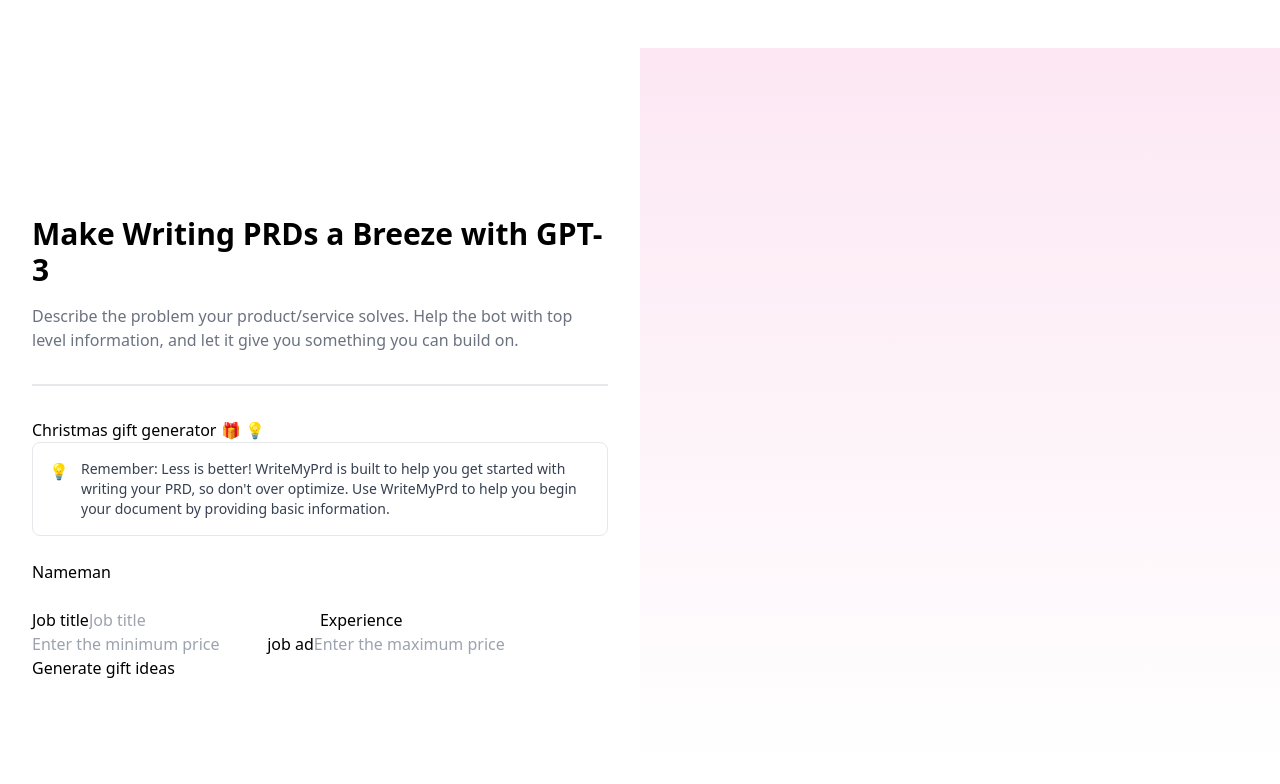
Repository: hamza-mastar/chatgpt-jpbad
Page: /
The author's editor kept a copy of each file at every save. The page is drawn from the files as they stood at one save, then again after the next save.
The browser window is 1280 px wide. The pictures show the whole page.
The project was rebuilt for these pictures with package versions that can differ from the ones it lists, and the page was loaded fresh each time. The framework's server and built-in components were replaced by stand-ins that run in the browser.

Above is the page before, as saved 2023-01-30 04:36:26.

### pages/_app.js
import 'tailwindcss/tailwind.css'

import '../styles/globals.css'

export default function MyApp({ Component, pageProps }) {
  return <Component {...pageProps} />
}

### pages/index.js
import Head from 'next/head';
import React from 'react';
import { useState } from 'react';

import styles from './index.module.css';


// import './gifts.css'




export default function Home() {
  const [name, setName] = useState('man');
  const [job_title, setJob_title] = useState("");
  const [experience, setExperience] = useState("");
  const [job_ad, setJob_ad] = useState("");

  const [loading, setLoading] = useState(false);

  const [result, setResult] = useState('');

  async function onSubmit(event) {
    event.preventDefault();
    if (loading) {
      return;
    }
    setLoading(true);
    setResult('hamza');
    const response = await fetch('/api/generate-gifts', {
      method: 'POST',
      headers: {
        'Content-Type': 'application/json',
      },
      body: JSON.stringify({ name, job_title, experience, job_ad}),
    });
    const data = await response.json();
    setResult(data.result.replaceAll('\n', '<br />'));
    setLoading(false);
  }


  return (
    <>



    <dody class="h-full px-5 sm:px-6">
      <div class="flex relative sm:flex-col md: flex-col">

      <Head>
        <title>OpenAI Quickstart</title>
        <link rel="icon" href="/dog.png" />
      </Head>

      <main className={styles.main}>
     <div class="min-h-screen w-full lg:w-1/2 relative">
    <div class="h-full px-5 sm:px-6">
      <div class="h-full w-full max-w-xl mx-auto flex flex-col after:mt-auto after:flex-1">
        <header class="sm:flex-1 flex mb-auto sm:py-10 pt-6 items-center sm:justify-between flex-col sm:flex-row" >
          <div class="flex items-center justify-between h-24 md:h-20"> </div>

            {/* logo icone login  */}
            </header>
            <div class="flex-1 py-8">
           <div  class="mb-4" >
           <h1 class="text-3xl font-bold font-inter mb-2"> Make Writing PRDs a Breeze with GPT-3 </h1>
           <div class="text-gray-500 mt-4 mb-6"> Describe the problem your product/service solves. Help the bot with top level information, and let it give you something you can build on. </div>
           <div class="divide-y divide-gray-200 my-8 relative border"></div>





        <h3  >Christmas gift generator 🎁 💡</h3>
        <form  onSubmit={onSubmit} class="mb-12 relative">
        <div class="rounded-lg bg-white border p-4"><div class="flex"><div class="flex-shrink-0">💡</div><div class="ml-3 flex-1 md:flex md:justify-between"><p class="text-sm text-gray-700 font-medium"> Remember: Less is better! WriteMyPrd is built to help you get started with writing your PRD, so don't over optimize. Use WriteMyPrd to help you begin your document by providing basic information. </p></div></div></div>
        <div>
          <div class="py-6">
          <label class="form-input w-full">Name</label>
          <input
            type="text"
            name="name"
            placeholder="Enter the Name"
            value={name}
            onChange={(e) => setName(e.target.value)}
          />
          </div>


          <label>Job title</label>
          <input
            type="text"
            name="job_title"
            placeholder="Job title"
            value={job_title}
            onChange={(e) => setJob_title(e.target.value)}
          />

          <label>Experience </label>
          <input
            type="text"
            name="experience"
            placeholder="Enter the minimum price"
            value={experience}
            onChange={(e) => setExperience(e.target.value)}
          />

          <label> job ad</label>
          <input
            type="text"
            name="job_ad"
            placeholder="Enter the maximum price"
            value={job_ad}
            onChange={(e) => setJob_ad(e.target.value)}
          />



          <input type="submit" value="Generate gift ideas" />
          </div>
        </form>
        </div>
       </div>
        </div>
        </div>
          </div>

          {/* loging page ////////////////// */}

          <div class="relative lg:fixed right-0 bottom-0 lg:block lg:w-1/2 overflow-hidden sm:px-5 lg:h-full h-auto overflow-y-auto top-12">
            <div class="absolute inset-0 bg-gradient-to-b from-pink-100 to-white pointer-events-none -z-10" >
              {/* <div class="hidden md:block absolute right-0 pointer-events-none -z-10"> */}
                <div class="h-auto">
                {/* <div class="p-6 pb-0 h-[calc(100vh-6rem)]" > */}
                {/* <div class="form-textarea relative text-base w-full p-4 px-8 overflow-scroll h-[calc(100%-1rem)] shadow-2xl flex items-center justify-center" > */}
                {/* <div class="text-pink-600 font-mono text-left text-base font-semibold absolute top-4 left-4"> */}
        {loading && (
          <div>
            <h3>Looking for the best gift ideas 🎁 💡</h3>
            <img src="/loading.gif" className={styles.loading} />
          </div>



        )}
        <div class="is-typed pb-0 h-[calc(100vh-6rem)] form-textarea relative text-base w-full p-4 px-8 overflow-scroll   flex items-center justify-center "
          className={styles.result}
          dangerouslySetInnerHTML={{ __html: result }}


        />
        </div>
        </div>
        </div>
        {/* </div> */}
        {/* </div> */}
        {/* </div>
        </div> */}
      </main>
      </div>

      </dody>


    </>
  );
}
// Name Job_title Experience job_ad

### pages/index.module.css


@font-face {
  font-family: "ColfaxAI";
  src: url(https://cdn.openai.com/API/fonts/ColfaxAIRegular.woff2)
      format("woff2"),
    url(https://cdn.openai.com/API/fonts/ColfaxAIRegular.woff) format("woff");
  font-weight: normal;
  font-style: normal;
}
@font-face {
  font-family: "ColfaxAI";
  src: url(https://cdn.openai.com/API/fonts/ColfaxAIBold.woff2) format("woff2"),
    url(https://cdn.openai.com/API/fonts/ColfaxAIBold.woff) format("woff");
  font-weight: bold;
  font-style: normal;
}
/* .main,
.main input {
  font-size: 16px;
  line-height: 24px;
  color: #353740;
  font-family: "ColfaxAI", Helvetica, sans-serif;
}
.main {
  display: flex;
  flex-direction: column;
  align-items: center;
  padding-top: 60px;
}
.main .icon {
  width: 34px;
}
.main h3 {
  font-size: 32px;
  line-height: 40px;
  font-weight: bold;
  color: #202123;
  margin: 16px 0 40px;
}
.main form {
  display: flex;
  flex-direction: column;
  width: 320px;
}
.main input[type="text"] {
  padding: 12px 16px;
  border: 1px solid #10a37f;
  border-radius: 4px;
  margin-bottom: 24px;
  outline-color: #10a37f;
}
.main ::placeholder {
  color: #8e8ea0;
  opacity: 1;
}
.main input[type="submit"] {
  padding: 12px 0;
  color: #fff;
  background-color: #10a37f;
  border: none;
  border-radius: 4px;
  text-align: center;
  cursor: pointer;
}
.main .result {
  padding: 100px;
  font-weight: bold;
  margin-top: 40px;
  position:absolute;
  display: flex;
  justify-content: end;
} */

.main .loading {
  width: 50;
}

/* .main input[type="text"],
.main input[type="number"],
.main select {
  padding: 12px 16px;
  border: 1px solid #10a37f;
  border-radius: 4px;
  margin-bottom: 12px;
  margin-top: 4px;
}
.hamza {
  background-color: #10a37f;
} */






.relative {
  position: relative;
}

.nano {
  background-color: white;
  color: black;
  display: flex;
  overflow: scroll;
}

.form-textarea{
  border-width: 1px;
  --tw-border-opacity: 1;
  border-color: rgb(209 213 219 / var(--tw-border-opacity));
  --tw-bg-opacity: 1;
  background-color: rgb(255 255 255 / var(--tw-bg-opacity));
  height: 600px;
  width: 600px;
}

.texxt-base {
  font-size: 18px;
  line-height: 1.5;
  letter-spacing: -.01em;
  color: black

}
.typed {
  color: #1f2937;
  white-space: break-spaces;
  font-size: 100px;
}
@media only screen and (max-width: 600px) {
  .goho {
    width: auto;
    display: flex;
    justify-content:center ;

  }
}

Loaded but not shown: styles/globals.css (common file); tailwind.config.js (common file)

After the next save:
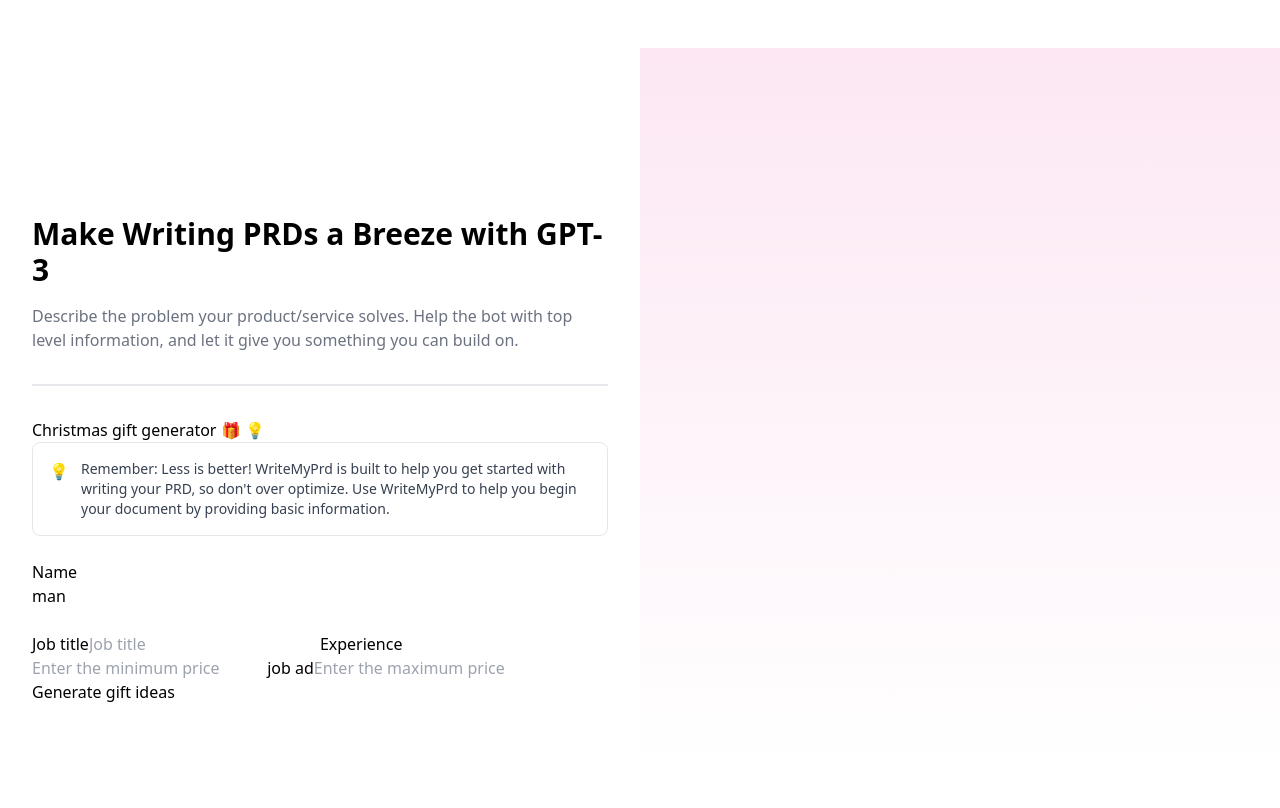
Saved 29 s later.
--- a/pages/index.js
+++ b/pages/index.js
@@ -77,8 +77,8 @@ export default function Home() {
         <div class="rounded-lg bg-white border p-4"><div class="flex"><div class="flex-shrink-0">💡</div><div class="ml-3 flex-1 md:flex md:justify-between"><p class="text-sm text-gray-700 font-medium"> Remember: Less is better! WriteMyPrd is built to help you get started with writing your PRD, so don't over optimize. Use WriteMyPrd to help you begin your document by providing basic information. </p></div></div></div>
         <div>
           <div class="py-6">
-          <label class="form-input w-full">Name</label>
-          <input
+          <label >Name</label>
+          <input class="form-input w-full"
             type="text"
             name="name"
             placeholder="Enter the Name"
